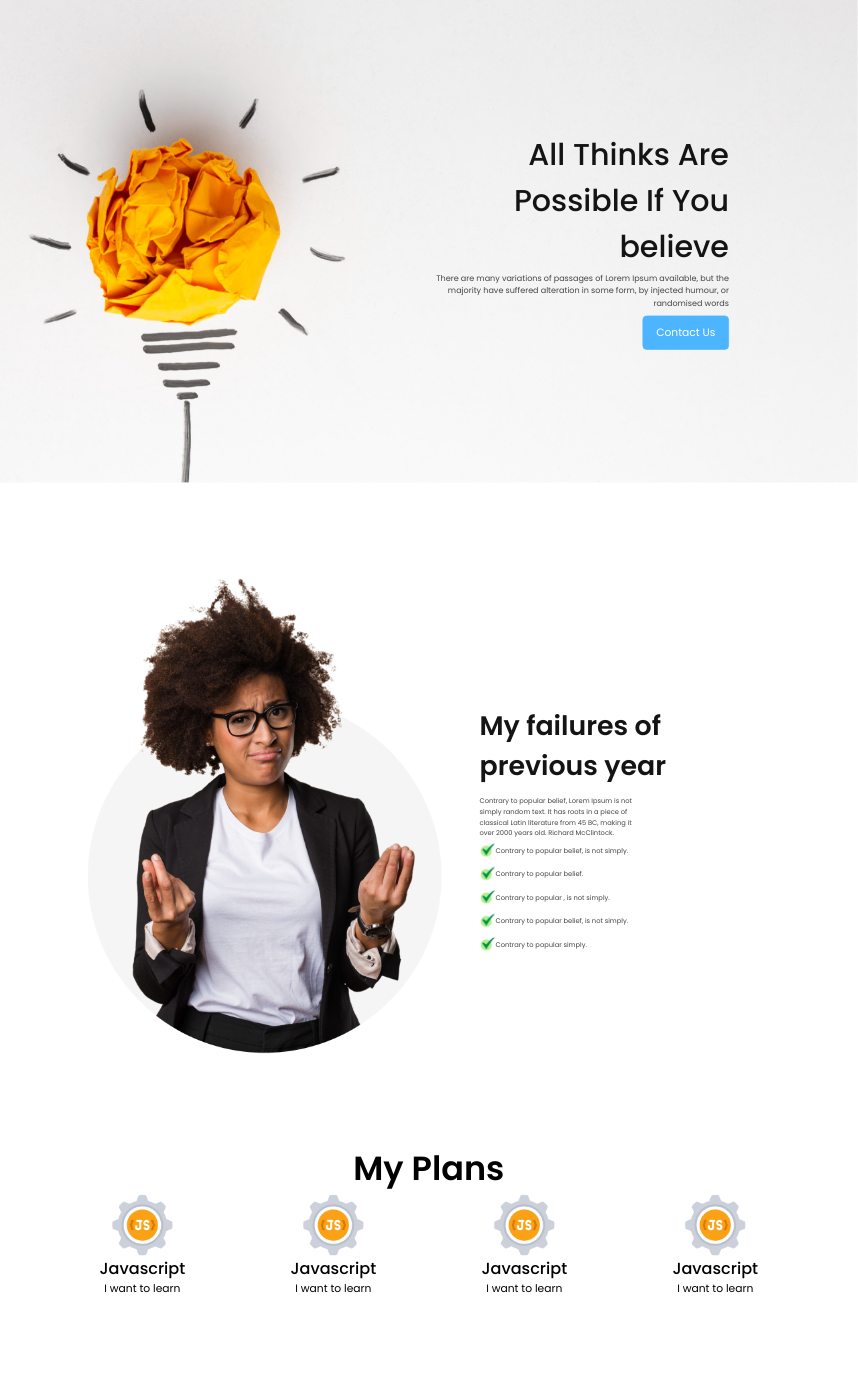
Repository: mdrubel02/new-year-new-mission
Page: index.html
The author's editor kept a copy of each file at every save. The page is drawn from the files as they stood at one save, then again after the next save.
The browser window is 1280 px wide. The pictures show the whole page, at 67% of full size.

Above is the page before, as saved 2023-01-06 23:32:21.

After the next save:
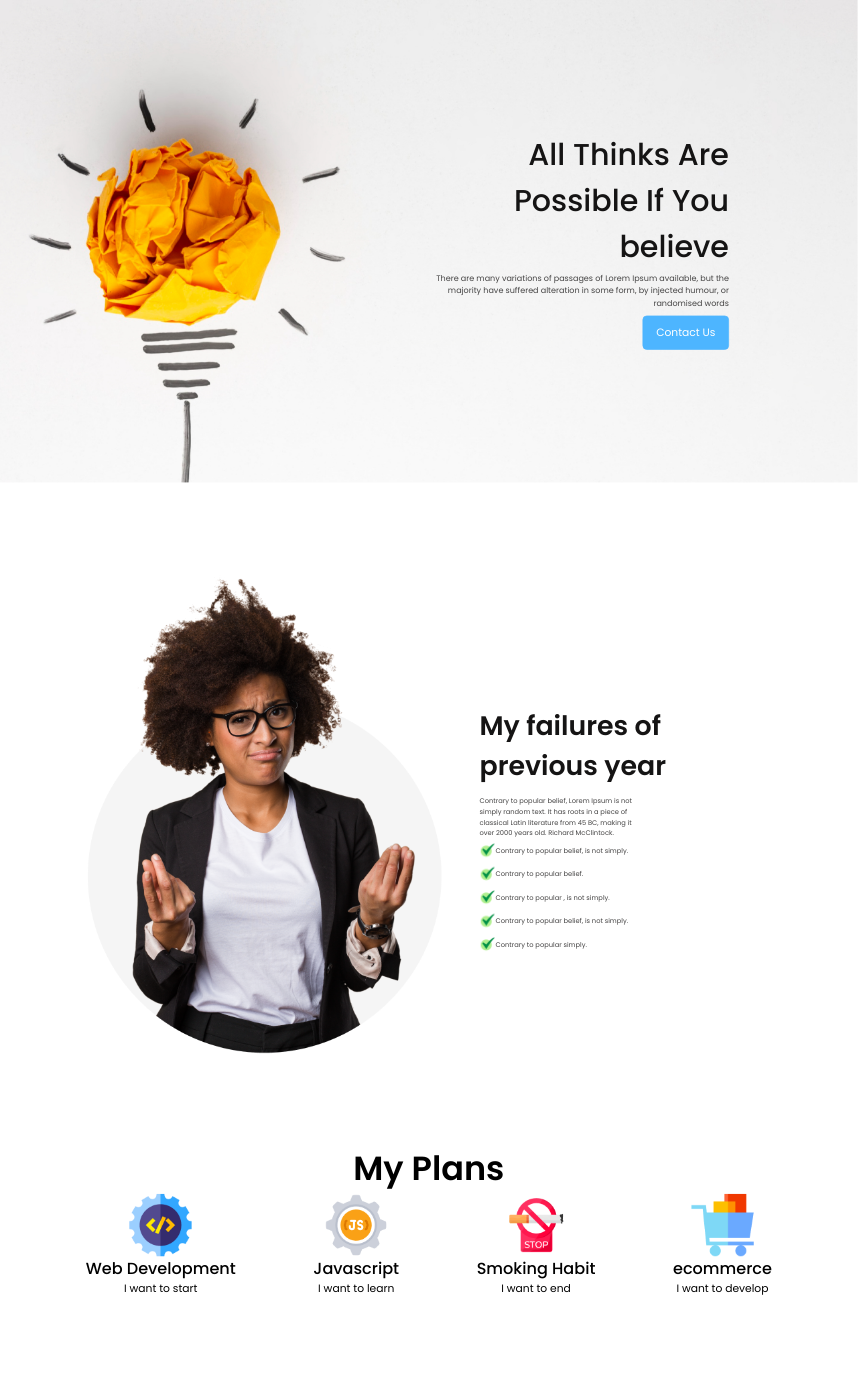
Saved 2 min 36 s later.
--- a/index.html
+++ b/index.html
@@ -58,9 +58,9 @@
         <h1 class="title">My Plans</h1>
         <div class="my_plans_section">
             <div class="my_plans_items">
-                <img src="/images/icons/js.png" alt="">
-                <h2>Javascript</h2>
-                <p>I want to learn</p>
+                <img src="/images/icons/web.png" alt="">
+                <h2>Web Development</h2>
+                <p>I want to start</p>
             </div>
             <div class="my_plans_items">
                 <img src="/images/icons/js.png" alt="">
@@ -68,14 +68,14 @@
                 <p>I want to learn</p>
             </div>
             <div class="my_plans_items">
-                <img src="/images/icons/js.png" alt="">
-                <h2>Javascript</h2>
-                <p>I want to learn</p>
+                <img src="/images/icons/smoke.png" alt="">
+                <h2>Smoking Habit</h2>
+                <p>I want to end</p>
             </div>
             <div class="my_plans_items">
-                <img src="/images/icons/js.png" alt="">
-                <h2>Javascript</h2>
-                <p>I want to learn</p>
+                <img src="/images/icons/ecom.png" alt="">
+                <h2>ecommerce</h2>
+                <p>I want to develop</p>
             </div>
         </div>
 
